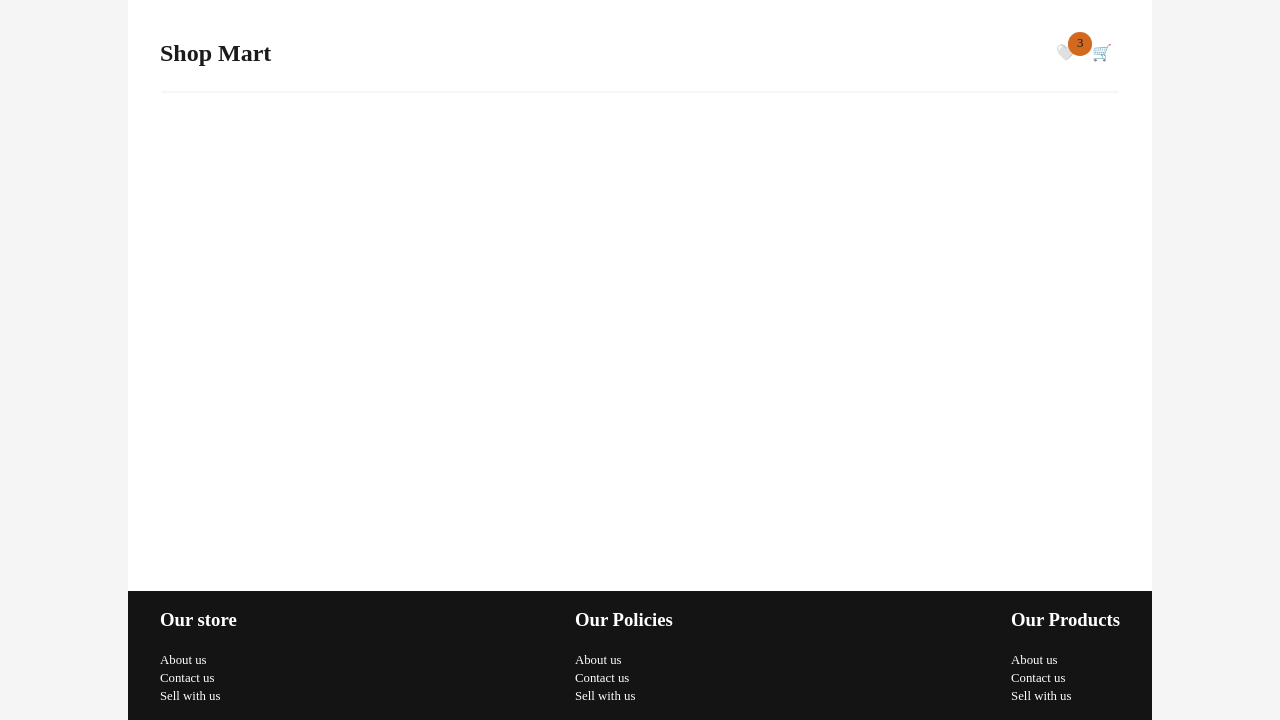
Repository: MeowCeline00/comp3170-lab-1
Page: /
An editor plug-in stored every save of this project. The page is shown before and after a run of saves, followed by the edit.
The browser window is 1280 px wide. The pictures show the whole page.
The project was rebuilt for these pictures with package versions that can differ from the ones it lists, and the page was loaded fresh each time. Also part of the build but not shown: vite.config.js.

Above is the page before, as saved 2024-09-11 13:53:17.

### index.html
<!doctype html>
<html lang="en">
  <head>
    <meta charset="UTF-8" />
    <link rel="icon" type="image/svg+xml" href="/vite.svg" />
    <meta name="viewport" content="width=device-width, initial-scale=1.0" />
    <title>Shop Mart</title>
  </head>
  <body>
    <div id="root"></div>
    <script type="module" src="/src/main.jsx"></script>
  </body>
</html>

### src/App.jsx
function App() {
  return (
      <div className="app">
        <section id="content">
          <header>
            <div>
              <h1>Shop Mart</h1>
              <div>
              <button className="icon-btn">
                <span>&#129293;</span>
                <span className="badge">3</span>
                </button>
                <button className="icon-btn">
                  <span>&#128722;</span>
                  </button>

              </div>

            </div>
            <div>

            </div>

          </header>

          <main>

          </main>

        </section>
        <footer>
          <div>
            <h3>Our store</h3>
            <ul>
              <li><a href="">About us</a></li>
              <li><a href="">Contact us</a></li>
              <li><a href="">Sell with us</a></li>
            </ul>
          </div>

          <div>
            <h3>Our Policies</h3>
            <ul>
              <li><a href="">About us</a></li>
              <li><a href="">Contact us</a></li>
              <li><a href="">Sell with us</a></li>
            </ul>
          </div>

          <div>
            <h3>Our Products</h3>
            <ul>
              <li><a href="">About us</a></li>
              <li><a href="">Contact us</a></li>
              <li><a href="">Sell with us</a></li>
            </ul>
          </div>

        </footer>

      </div>
  );
}

export default App;

### src/index.css
*,
*::before,
*::after {
  box-sizing: border-box;
  color: inherit;
}

html, body, #root {
  height: 100%;
}

body {
  background: #f5f5f5;
  margin: 0;
  color: #1b1b1b;
}

button,
input[type="text"],
input[type="search"] {
  appearance: none;
  background: transparent;
  border: none;
  font: inherit;
  padding: 0;
  width: auto;
}

input[type="text"],
input[type="search"] {
  padding: 0.5em 1em;
  border: 1px solid;

  &:focus {
    outline: none;
  }
}

.app {
  display: flex;
  flex-direction: column;
  width: 80%;
  margin: 0 auto;
  background: #fff;
  min-height: 100%;
  justify-content: space-between;

  section#content {
    margin-top: 1.5rem;
    display: flex;
    flex-direction: column;
    gap: 1.5rem;

    header,
    main {
      padding: 0 2em;
    }

    header {
      margin: 1em 0;
      display: flex;
      flex-direction: column;
      gap: 2em;


      > div {
        display: flex;
        justify-content: space-between;

        &:first-child {
          padding-bottom: 1.5em;
          box-shadow: 0 4px 2px -2px #f5f5f5;
        }
      }

      h1 {
        padding: 0;
        margin: 0;
      }

      nav {
        padding-top: .5em;

        button {
          text-transform: uppercase;
          font-weight: bold;
          letter-spacing: .1em;

          &:hover {
            background-color: #141414;
            color: #fff;
          }
        }

        + form {
          display: flex;
          button {
            background: #141414;
            color: #fff;
          }
        }

      }

    }

    main {
      display: flex;
      gap: 1rem;
      flex-wrap: wrap;
    }
  }

  footer {
    padding: 0 2em;
    background: #141414;
    display: flex;
    justify-content: space-between;

    color: #fff;

    ul {
      list-style: none;
      padding: 0;
    }

    a {
      color: #fff;
      text-decoration: none;
      font-size: .8em;
    }
  }

  button {
    padding: 0.2em 0.5em;
  }
}

.product {
  display: flex;
  flex-direction: column;
  height: 300px;
  background: #fff;

  img {
    height: 200px;
  }

}

.product > p {
  padding: 0 1rem;
  display: flex;
  flex-direction: column;


  span {
    padding: .2rem;
  }

  span.pr-name {
    font-size: 1.2em;
  }
  span.pr-price {
    font-weight: bold;
    font-size: 0.9em;
  }
}


/* Form styles */

.cbox { /*checkbox control group (input + label) */
  margin: .5em 0;
  font-size: 20px;
  min-height: 1em;
  padding-left: 1em; /* create space for the checkbox */
  position: relative;

  label::before,
  label::after,
  input[type="checkbox"] {
    position:absolute;
  }

  label::before,
  input[type="checkbox"] { /* customize checkbox size */
    height: 1em;
    left: 0;
    top: 0;
    width: 1em;
  }

  input[type="checkbox"] { /* hide native checkbox look-and-feel */
    margin: 0;
    opacity: 0;
    z-index: 1;
  }

  label::before { /* custom checkbox look-and-feel */
    background: transparent;
    border: .1em solid currentcolor;
    content: "";
  }

  label::after { /* custom checkbox marker */
    content: "";
    border: solid;
    background: transparent;
    border-width: 0 0 .1em .1em;
    box-sizing: content-box;
    height: .2em;
    left: .2em;
    width: .5em;
    top: .3em;
    transform: rotate(-45deg);
    position: absolute;
    opacity: 0; /* hidden when not checked */
  }

  &:has(> input[type="checkbox"]:checked) > label::before {
    /* change border color when checked */
    border-color: green;
  }

  input[type="checkbox"]:checked + label::after {
    /* show marker and change its color */
    opacity: 1;
    border-color: green;
  }

  label {
    padding-left: .5em;
  }
}

.rbox { /* radio button control */
  margin: .5em 0;
  font-size: 20px;
  min-height: 1em;
  padding-left: 1em;
  position: relative;

  label::before,
  label::after,
  input[type="radio"] {
    position: absolute;
    margin: 0;
    padding: 0;
  }

  label::before,
  input[type="radio"] {
    width: 1em;
    height: 1em;
    left: 0;
    top: 0;
  }

  label::before {
    background: transparent;
    border: .1em solid currentcolor;
    content: "";
    border-radius: 50%;
  }

  input[type="radio"] {
    z-index: 1;
    opacity: 0;
  }

  label::after {
    content: "";
    width: .5em;
    height: .5em;
    background: green;
    top: .25em;
    left: .25em;
    border-radius: 50%;
    opacity: 0;
  }

  &:has(input[type="radio"]:checked) > label::before {
    border-color: green;
  }

  input[type="radio"]:checked + label::after {
    opacity: 1;
  }

  label {
    padding-left: .5em;
  }
}

button.icon-btn {
  position: relative;


  span.badge {
    position: absolute;
    box-sizing: content-box;
    display: inline-block;
    font-size: .8rem;
    line-height: 1.2;
    padding: .3em;
    width: 1rem;
    height: 1rem;
    border-radius: 50%;
    right: -0.5rem;
    top: -0.5rem;
    background: chocolate;

  }
}

Loaded but not shown: src/main.jsx (common file)

After the next 3 saves:
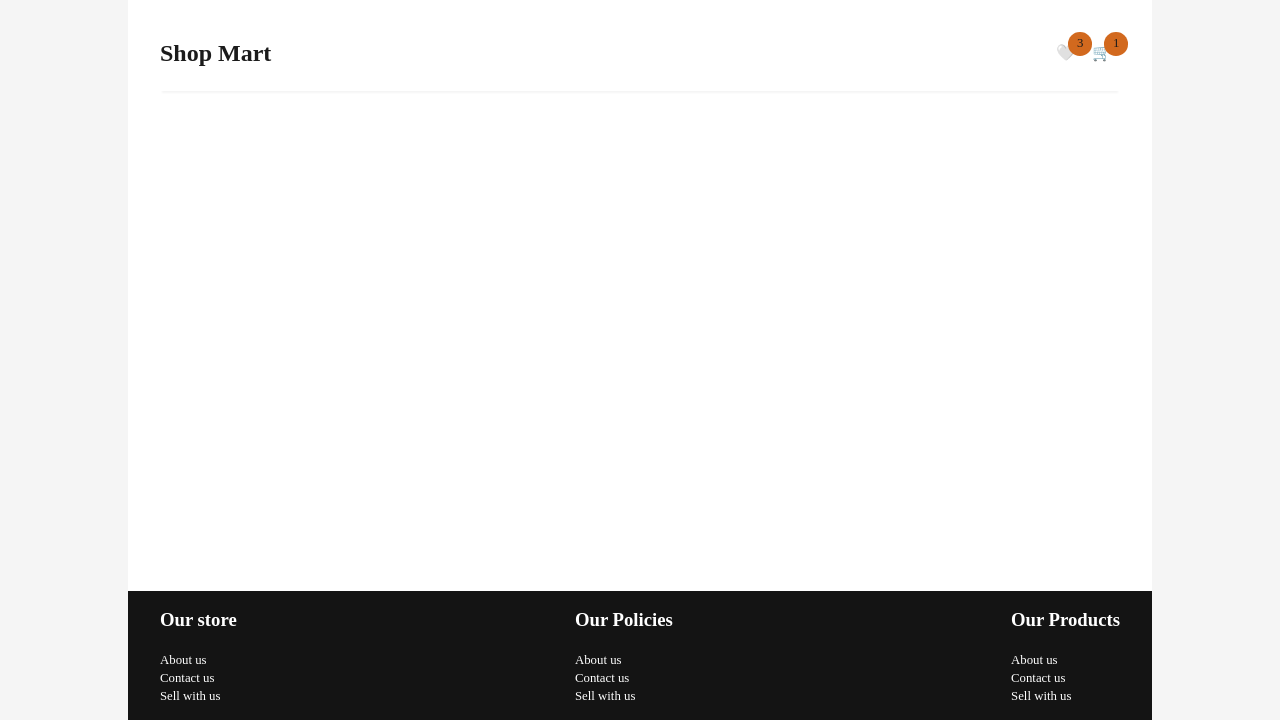
The 3 saves are shown as one change because they came seconds apart.
The last was saved 102 s later.
--- a/src/App.jsx
+++ b/src/App.jsx
@@ -12,6 +12,7 @@ function App() {
                 </button>
                 <button className="icon-btn">
                   <span>&#128722;</span>
+                  <span className="badge">1</span>
                   </button>
 
               </div>
